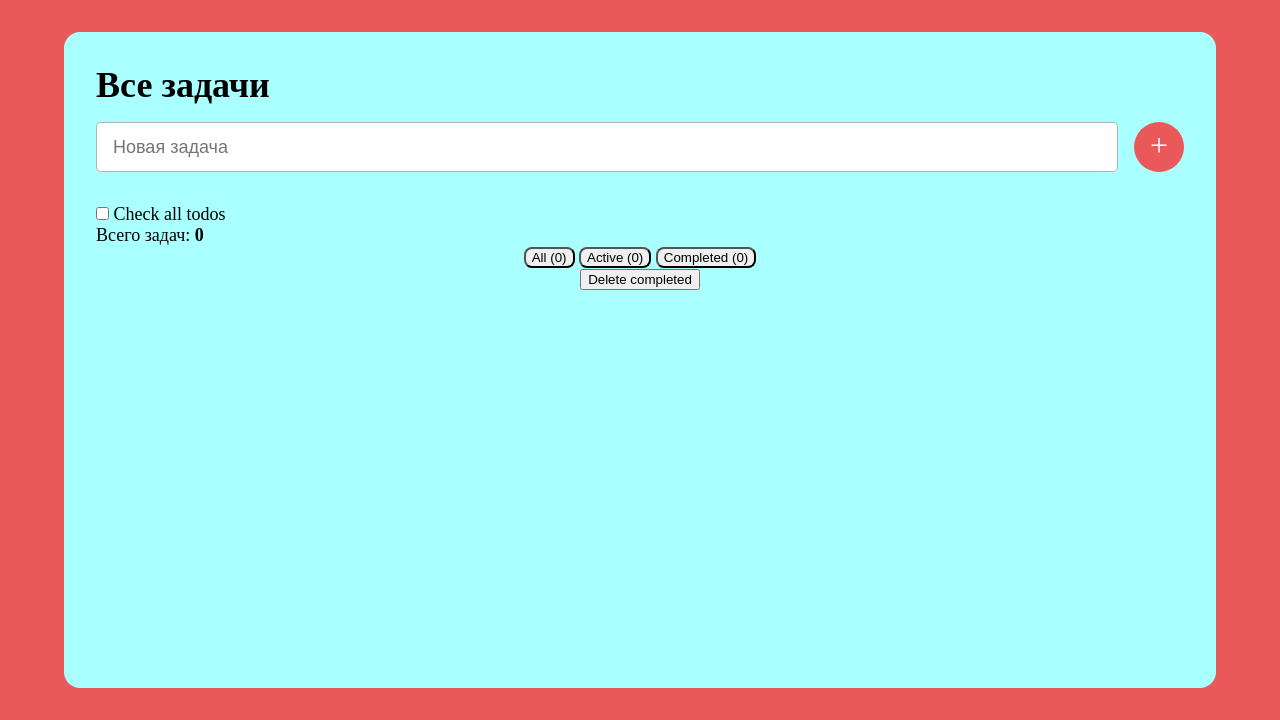
Repository: Pavel-dot614/ToDo
Page: index.html
An editor plug-in stored every save of this project. The page is shown before and after the next save, followed by the edit.
The browser window is 1280 px wide. The pictures show the whole page.

Above is the page before, as saved 2024-06-24 17:08:46.

After the next save:
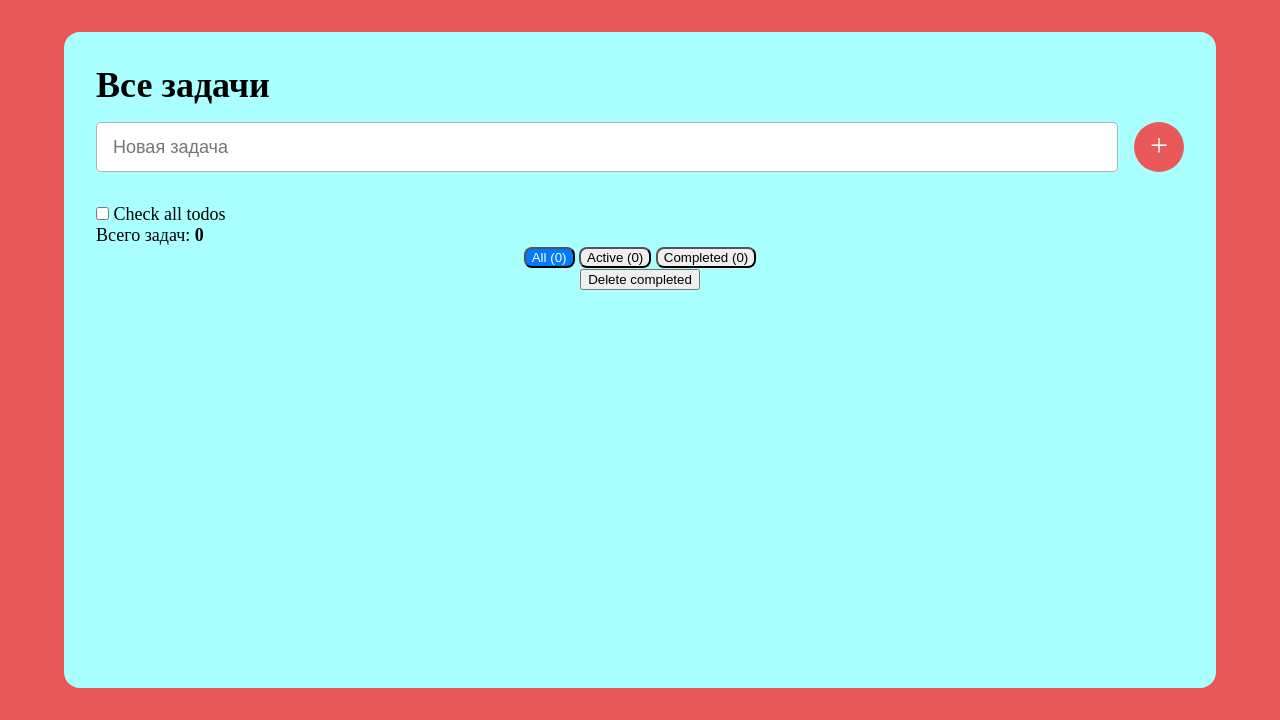
Saved 14 min 3 s later.
--- a/index.html
+++ b/index.html
@@ -30,7 +30,7 @@
              <div id="tasks" class="todo__list">
         </div>
     <div class="todo__buttons">
-        <button id="btn-all" data-filter="all" class="button"><span id="allCount">All (0)</span></button>
+        <button id="btn-all" data-filter="all" class="button active"><span id="allCount">All (0)</span></button>
         <button id="btn-active" data-filter="active" class="button">Active <span id="activeCount">(0)</span></button>
         <button id="btn-completed" data-filter="completed" class="button">Completed <span id="completedCount">(0)</span></button>
     </div>
